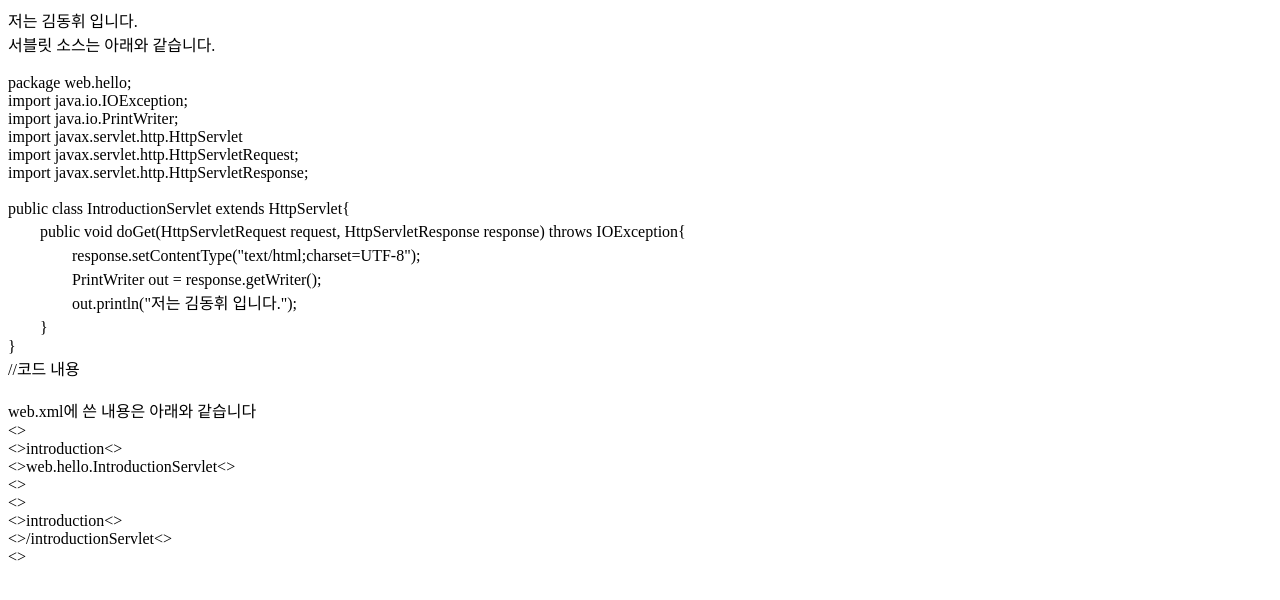
Repository: fellownew/web_workspace
Page: http://localhost/HelloworldWeb/introductionServlet
An editor plug-in stored every save of this project. The page is shown before and after the next save, followed by the edit.
The browser window is 1280 px wide. The pictures show the whole page.
The page is served by Tomcat 9.

Above is the page before, as saved 2015-03-12 08:35:53.

After the next save:
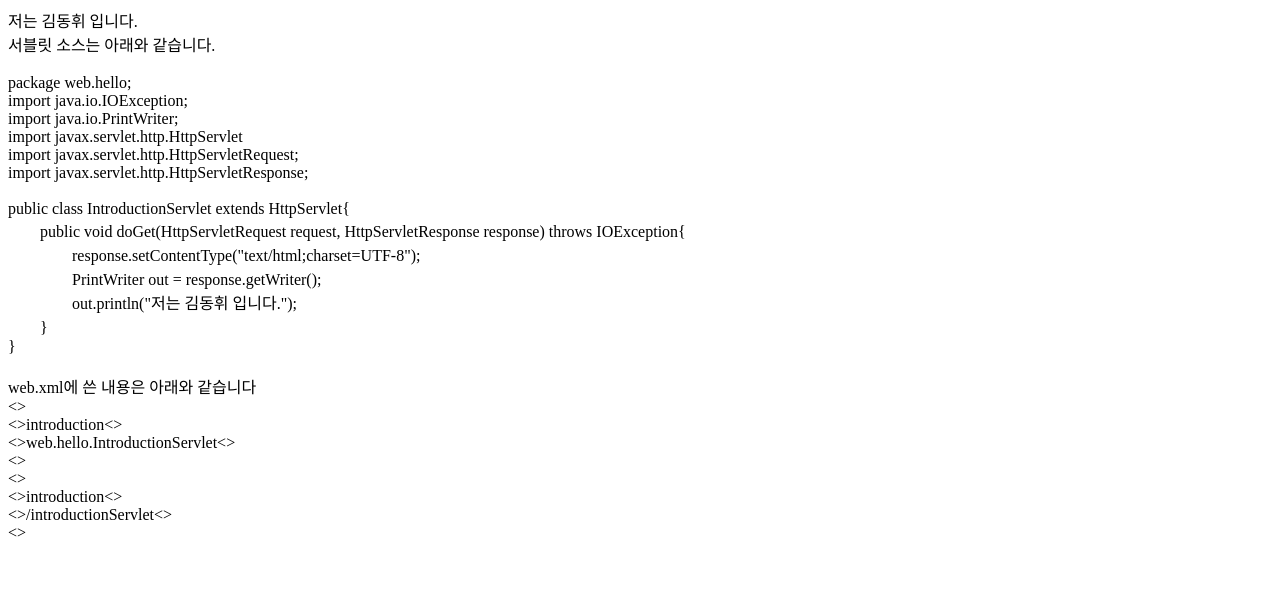
Saved 16 s later.
--- a/HelloworldWeb/src/web/hello/IntroductionServlet.java
+++ b/HelloworldWeb/src/web/hello/IntroductionServlet.java
@@ -26,7 +26,7 @@ public class IntroductionServlet extends HttpServlet{
 				+ "　　　　out.println(\"저는 김동휘 입니다.\");<br/>"
 				+ "　　}<br/>"
 				+ "}<br/>"
-				+ "//코드 내용<br/><br/>");
+				+ "<br/>");
 		out.println("web.xml에 쓴 내용은 아래와 같습니다 <br/>");
 		out.println("  <<servlet>><br/>"
 				+ "<<servlet-name>>introduction<</servlet-name>><br/>"
